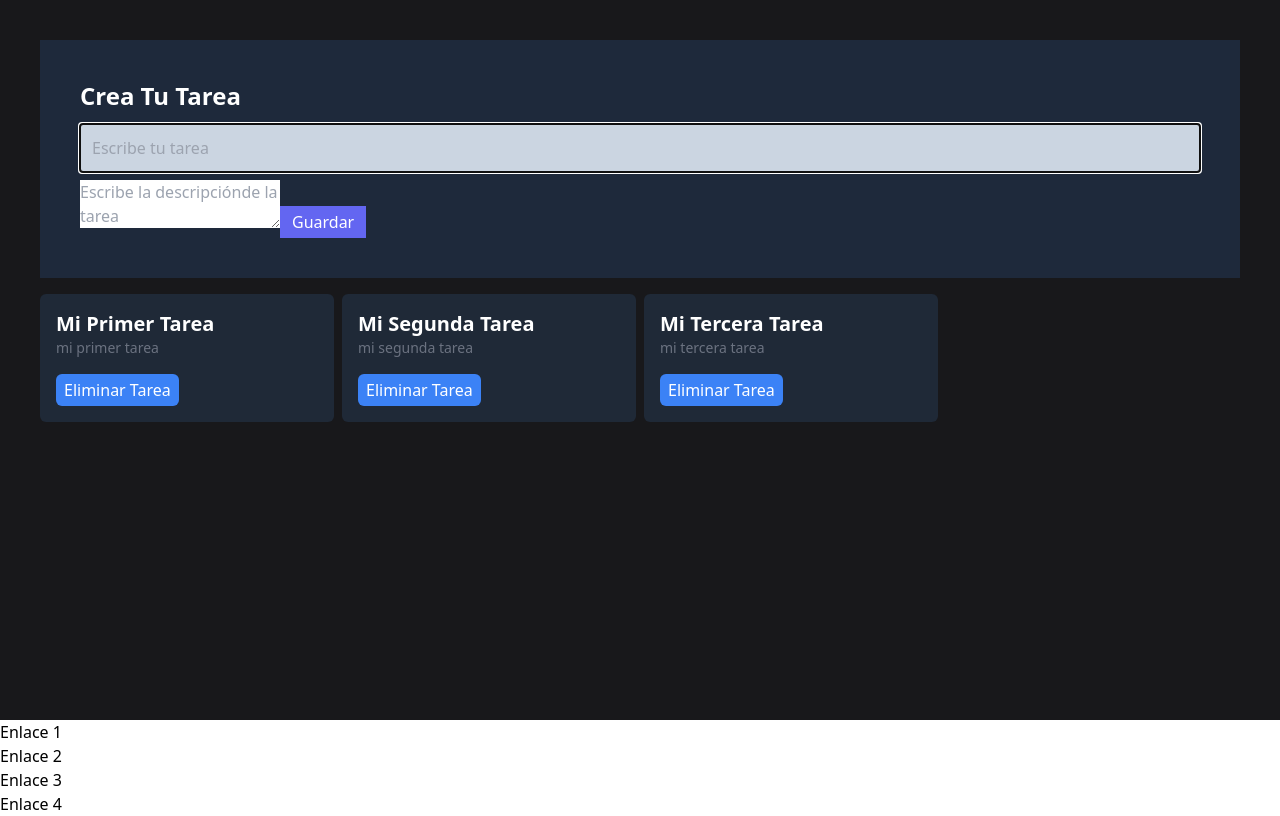
Repository: Ciromontes/AgendaTuTarea
Page: /
The author's editor kept a copy of each file at every save. The page is drawn from the files as they stood at one save, then again after the next save.
The browser window is 1280 px wide. The pictures show the whole page.
The project was rebuilt for these pictures with package versions that can differ from the ones it lists, and the page was loaded fresh each time. Also part of the build but not shown: vite.config.js.

Above is the page before, as saved 2023-09-19 08:30:40.

### index.html
<!doctype html>
<html lang="en">
  <head>
    <meta charset="UTF-8" />
    <link rel="icon" type="image/svg+xml" href="/vite.svg" />
    <meta name="viewport" content="width=device-width, initial-scale=1.0" />
    <title>Vite + React</title>
  </head>
  <body>
    <div id="root"></div>

    <ul>
      <li><a href="">Enlace 1</a></li>
      <li><a href="">Enlace 2</a></li>
      <li><a href="">Enlace 3</a></li>
      <li><a href="">Enlace 4</a></li>
    </ul>
    <script type="module" src="/src/main.jsx"></script>
  </body>
</html>

### src/main.jsx
import React from 'react';
import ReactDOM from 'react-dom/client';
import App from './App';
import './index.css'
import { TaskContextProvider } from './context/TaskContext';

ReactDOM.createRoot(document.getElementById('root')).render(
  <React.StrictMode>
    <TaskContextProvider>
    <App />
    </TaskContextProvider>
  </React.StrictMode>
);

### src/App.jsx

import TaskList from './components/TaskList'
import TaskForm from './components/TaskForm'
function App() {
  return (

    <main className=' bg-zinc-900 h-screen'>
      <div className='container mx-auto p-10'>
      <TaskForm/>
      <TaskList />
      </div>
    </main>

  )
}

export default App;

### src/context/TaskContext.jsx
import { createContext, useState, useEffect } from 'react'
import { tasks as data } from '../data/tasks'

export const TaskContext = createContext()
export function TaskContextProvider(props) {
    const [tasks, setTasks] = useState([]);

    function createTask(task) {
        setTasks([...tasks, {
            title: task.title,
            id: tasks.length,
            description: task.description
        }])
    }
    function deleteTask(taskId) {
        setTasks(tasks.filter(task => task.id !== taskId));
    }
    useEffect(() => {
        setTasks(data)
    }, []);

    return (
        <TaskContext.Provider value={{
            tasks,
            deleteTask,
            createTask
        }}>
            {props.children}
        </TaskContext.Provider>

    );
}

### src/components/TaskList.jsx
import TaskCard from "./TaskCard";
import { useContext } from "react";
import { TaskContext } from '../context/TaskContext';
function TaskList() {
  const { tasks } = useContext(TaskContext);


  if (tasks.length === 0) {
    return (
    <h1 className="text-white text text-4xl font-bold text-center">
      Noy hay tareas aún
    </h1>

    )
  }


  return (
    <div className="grid grid-cols-4 gap-2">
      {tasks.map((task) => (
        <TaskCard key={task.id} task={task} />
      ))}

    </div>
  );
}

export default TaskList

### src/components/TaskForm.jsx
import { useState, useContext } from "react";
import {TaskContext} from '../context/TaskContext'

function TaskForm() {

    const [title, setTitle] = useState("");
    const [description, setDescription] = useState("");
    const {createTask} = useContext(TaskContext)

    const handleSubmit = (e) => {
        e.preventDefault();
        createTask({
            title,
            description,
        });
        setTitle('')
        setDescription('')

    }

    return (
        <div className="max-w-md-auto">
            <form onSubmit={handleSubmit} className="bg-slate-800 p-10 mb-4">
                <h1 className="text-2xl font-bold text-white mb-3">Crea Tu Tarea</h1>
            <input
                placeholder="Escribe tu tarea"
                onChange={(e) => setTitle(e.target.value)}
                value = {title}
                className="bg-slate-300 p-3 w-full mb-2"
                autoFocus
            />
            <textarea placeholder="Escribe la descripciónde la tarea"
                onChange={(e) => setDescription(e.target.value)}
                value = {description}

            ></textarea>

            <button
            className="bg-indigo-500 px-3 py-1 text-white">
                Guardar
            </button>
        </form>
        </div>
    );
}

export default TaskForm;

### src/data/tasks.js
export const tasks = [
    {
        id: 0,
        title: 'mi primer tarea',
        description: "mi primer tarea",

    },
    {
        id: 1,
        title: 'mi segunda tarea',
        description: "mi segunda tarea",

    }, {
        id: 2,
        title: 'mi tercera tarea',
        description: "mi tercera tarea",

    }
];

### src/components/TaskCard.jsx
import { useContext } from 'react';
import { TaskContext } from '../context/TaskContext';
function TaskCard({ task }) {
    const { deleteTask } = useContext(TaskContext);
    return (

        <div className='bg-gray-800 text-white p-4 rounded-md'>
            <h1 className='text-xl font-bold capitalize'>{task.title}</h1>
            <p className='text-gray-500 text-sm'>{task.description}</p>
            <button
            className='bg-blue-500 px-2 py-1 rounded-md mt-4 hover:bg-red-400'

            onClick={() => deleteTask(task.id)}>
                Eliminar Tarea
            </button>
        </div>

    );
}

export default TaskCard;

Loaded but not shown: src/index.css (common file); tailwind.config.js (common file)

After the next save:
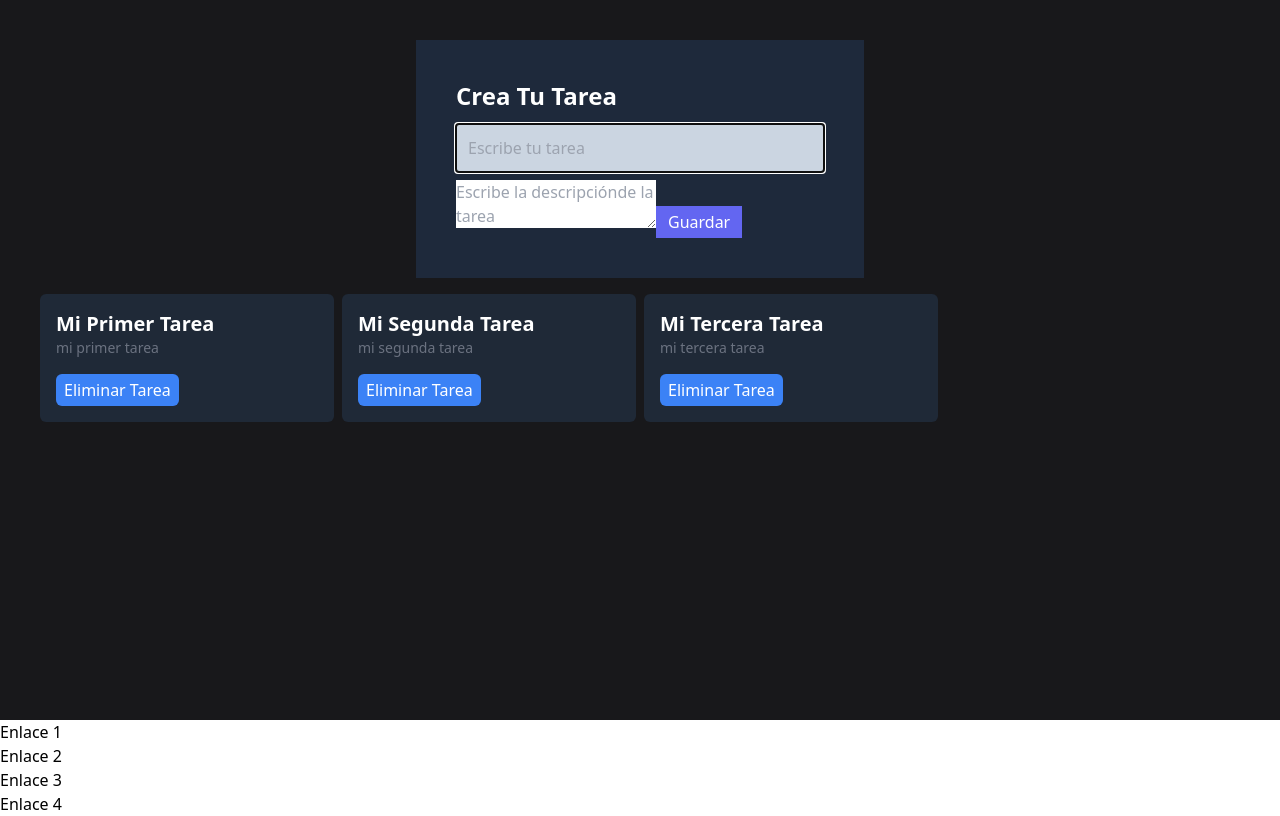
Saved 2 min 25 s later.
--- a/src/components/TaskForm.jsx
+++ b/src/components/TaskForm.jsx
@@ -19,7 +19,7 @@ function TaskForm() {
     }
 
     return (
-        <div className="max-w-md-auto">
+        <div className="max-w-md mx-auto">
             <form onSubmit={handleSubmit} className="bg-slate-800 p-10 mb-4">
                 <h1 className="text-2xl font-bold text-white mb-3">Crea Tu Tarea</h1>
             <input
